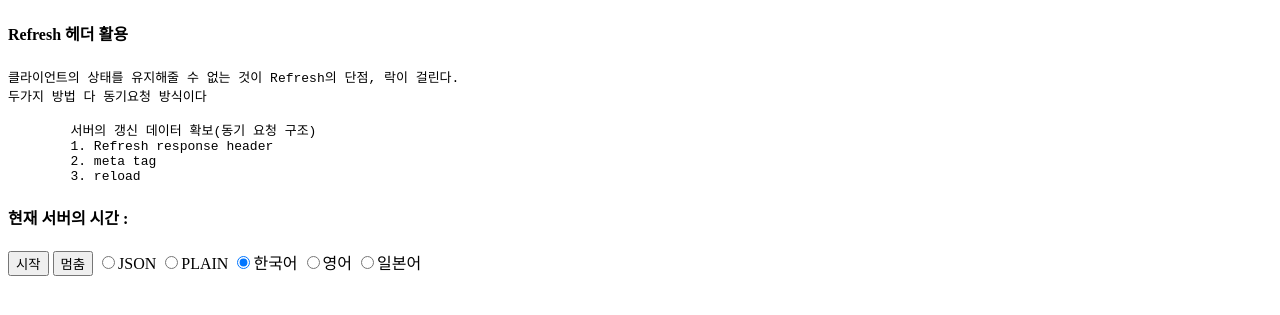
Repository: YOUNARAE/JSP
Page: http://localhost/WebStudy01/05/autoRequest.jsp
An editor plug-in stored every save of this project. The page is shown before and after the next save, followed by the edit.
The browser window is 1280 px wide. The pictures show the whole page.
The page is served by Tomcat 9.

Above is the page before, as saved 2022-12-13 09:34:06.

After the next save:
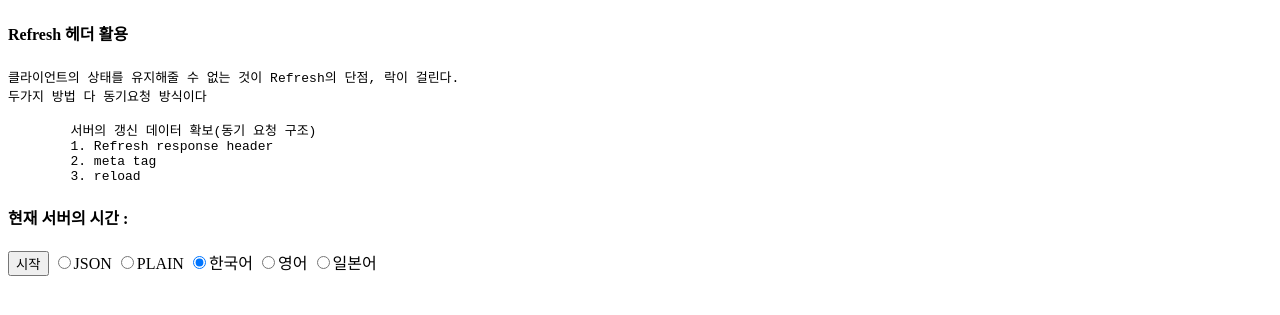
Saved 59 s later.
--- a/WebStudy01/src/main/webapp/05/autoRequest.jsp
+++ b/WebStudy01/src/main/webapp/05/autoRequest.jsp
@@ -7,6 +7,11 @@
 <meta charset="UTF-8">
 <!-- <meta http-equiv="Refresh" content="5;url=https://www.naver.com"> --> <!-- 클라이언트방식 -->
 <title>05/autoRequest.jsp</title>
+<style>
+	.disabled{
+		display: none;
+	}
+</style>
 <script type="text/javascript" src="${pageContext.request.contextPath}/resources/jquery-3.6.1.min.js"></script>
 </head>
 <body>
